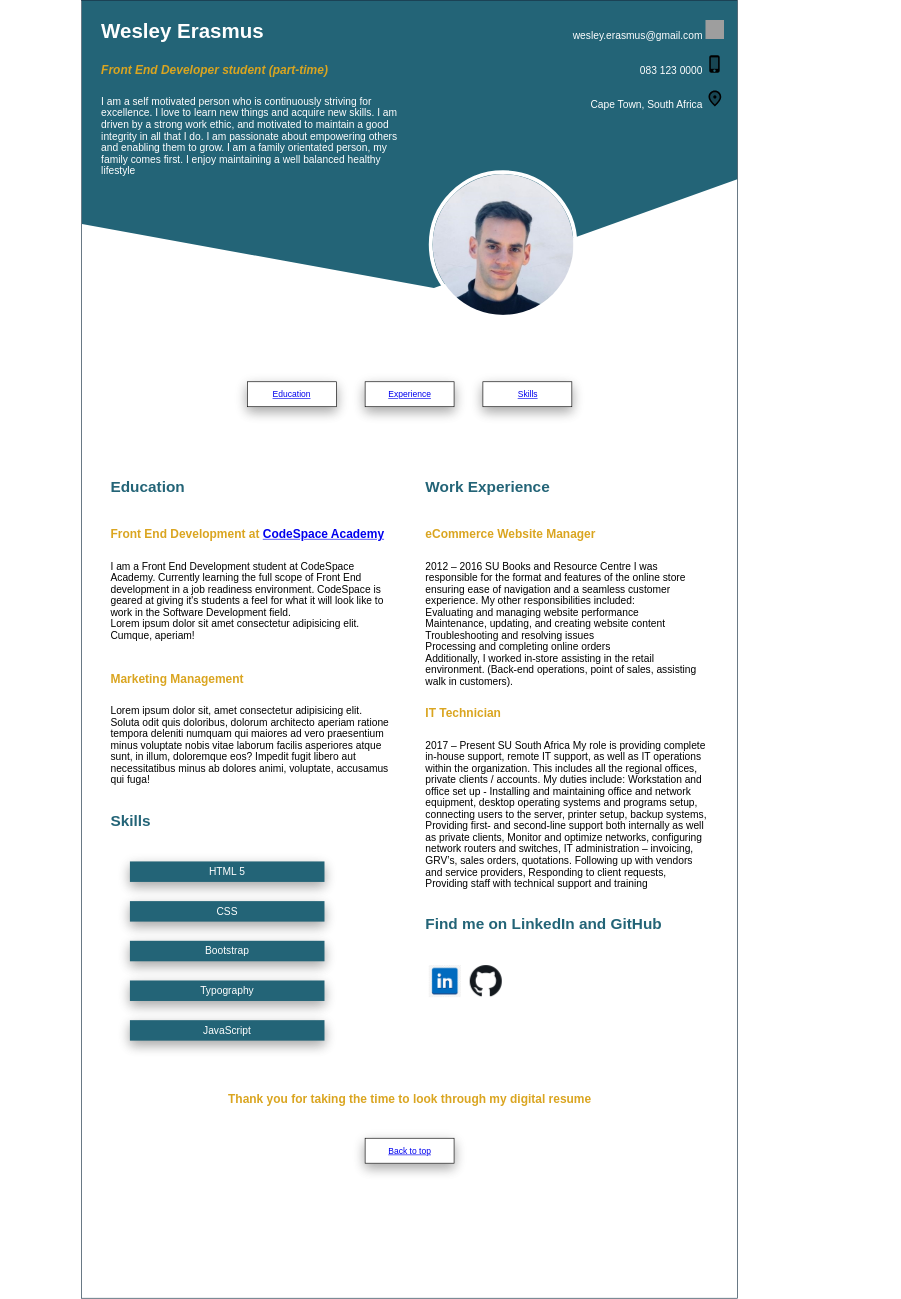
Repository: WesleyErasmus/myDigitalResume
Page: Resume-Projec-3/index.html
The author's editor kept a copy of each file at every save. The page is drawn from the files as they stood at one save, then again after the next save.
The browser window is 1280 px wide. The page is 1408 px wide, so the pictures cover 1408 px, including what lies to the right of the window. The pictures show the whole page, at 64% of full size.
Pictures or frames that could not be fetched are drawn as grey boxes.

Above is the page before, as saved 2022-02-12 21:44:28.

### Resume-Projec-3/index.html
<!DOCTYPE html>
<html lang="en">

<head>
  <meta charset="UTF-8">
  <meta http-equiv="X-UA-Compatible" content="IE=edge">
  <meta name="viewport" content="width=device-width, initial-scale=1.0">
  <title>Hello World</title>
  <link rel="stylesheet" href="styles.css">
</head>

<body>
  <div id="top-of-webpage"></div>
  <header>
    <div class="title">
      <h1>Wesley Erasmus</h1>
      <h3> <em>Front End Developer student (part-time)</em></h3>
        <p>I am a self motivated person who is continuously striving for excellence. I love to learn new things and
          acquire new skills. I am driven by a strong work ethic, and motivated to maintain a good integrity in all that I
          do. I am passionate about empowering others and enabling them to grow. I am a family orientated person, my
          family comes first. I enjoy maintaining a well balanced healthy lifestyle
      </p>
    </div>

       <ul class="contact-details">
          <li>wesley.erasmus@gmail.com <img src="svg/email.svg" alt="Gmail" style="width: 30px; height: 30px;"> </li>
          <li>083 123 0000 <img src="svg/phone.svg" alt="Cell number" style="width: 30px; height: 30px;"> </li>
          <li>Cape Town, South Africa <img src="svg/location2.svg" alt="Location" style="width: 30px; height: 30px;"> </li>
      </ul>
  </header>
        <img id="headshot" src="images/headshot.jpeg" alt="Portrait image of Wesley Erasmus">
    <svg class="svg-top" width="1024px">
        <polygon fill="#236477" points="0,0 1024,0 1024,280 550,450 0,350" />
    </svg>
  <nav>
    <ul class="page-links">
      <li> <button><a href="#Education">Education</a></button></li>
      <li><button><a href="#Experience">Experience</a></button></li>
      <li><button><a href="#Skills">Skills</a></button></li>
    </ul>
  </nav>

  <main>
    <div class="flex-col-1">
      <h2 class="color-headings" id="Education">Education</h2>
      <h3>Front End Development at <a href="https://www.codespace.co.za/" target="_blank">CodeSpace Academy</a> </h3>
          <p>I am a Front End Development student at CodeSpace Academy. Currently learning the full scope of Front End
          development in a job readiness environment. CodeSpace is geared at giving it's students a feel for what it will
          look like to work in the Software Development field.
        </p>
        <p>
          Lorem ipsum dolor sit amet consectetur adipisicing elit. Cumque, aperiam!
        </p>
      <br>
      <h3>Marketing Management</h3>
          <p>Lorem ipsum dolor sit, amet consectetur adipisicing elit. Soluta odit quis doloribus, dolorum architecto
            aperiam ratione tempora deleniti numquam qui maiores ad vero praesentium minus voluptate nobis vitae laborum
            facilis asperiores atque sunt, in illum, doloremque eos? Impedit fugit libero aut necessitatibus minus ab
            dolores animi, voluptate, accusamus qui fuga!
          </p>
      <h2 class="color-headings" id="Skills">Skills</h2>
        <ul class="skills">
          <li>HTML 5</li>
          <li>CSS</li>
          <li>Bootstrap</li>
          <li>Typography</li>
          <li>JavaScript</li>
        </ul>
    </div>

    <div class="flex-col-1">
      <h2 class="color-headings" id="Experience">Work Experience</h2>
      <h3>eCommerce Website Manager</h3>
      <p>2012 – 2016
        SU Books and Resource Centre
        I was responsible for the format and features of the online store ensuring ease of navigation and a seamless
        customer experience. My other responsibilities included:
      </p>
      <ul class="0l">
        <li>Evaluating and managing website performance</li>
        <li>Maintenance, updating, and creating website content</li>
        <li>Troubleshooting and resolving issues </li>
        <li>Processing and completing online orders</li>
      </ul>
          <p>Additionally, I worked in-store assisting in the retail environment. (Back-end operations, point of sales,
          assisting walk in customers).
        </p>
      <h3>IT Technician</h3>
            <p>2017 – Present
              SU South Africa
              My role is providing complete in-house support, remote IT support, as well as IT operations within the
              organization. This includes all the regional offices, private clients / accounts. My duties include: Workstation
              and office set up - Installing and maintaining office and network equipment, desktop operating systems and
              programs setup, connecting users to the server, printer setup, backup systems, Providing first- and second-line
              support both internally as well as private clients, Monitor and optimize networks, configuring network routers
              and switches, IT administration – invoicing, GRV’s, sales orders, quotations. Following up with vendors and
              service providers, Responding to client requests, Providing staff with technical support and training
            </p>
      <h2 class="color-headings">Find me on LinkedIn and GitHub</h2>
          <ul class="git-linkedin-icons">
            <li><a href="https://www.linkedin.com/feed/" target="_blank"><img src="icons/Linkedin-PNG.png"
                  alt="LinkedIn profile" style="width: 50px; height: 50px;"></a></li>
            <li><a href="https://github.com/WesleyErasmus" target="_blank"> <img src="icons/github.svg.png"
                  alt="LinkedIn profile" style="width: 50px; height: 50px;"></a></li>
          </ul>
      </div>
  </main>
  <footer>
    <h3>Thank you for taking the time to look through my digital resume</h3>
    <button class="home-btn"><a href="#top-of-webpage">Back to top</a></button>

    <svg class="svg-bot">
      <polygon fill="#236477" points="2029,2029 1024,2029 1024,280 550,450 0,350" />
    </svg>
  </footer>
</body>

</html>

### Resume-Projec-3/styles.css
* {
  margin: 0;
  padding: 0;
  font-family: sans-serif;
}
body {
  max-width: 1024px;
  height: 100%;
  margin: 0 auto;
  /* background-color: antiquewhite; */
  border: 1px solid #173042;
}
ul {
  list-style-type: none;
}
header {
  display: flex;
  width: 100%;
  color: #fff;
  margin-bottom: 50px;
}
h3 {
  color: goldenrod;
  margin-top: 30px;
  margin-bottom: 30px;
}
.contact-details {
  padding-top: 20px;
  width: 50%;
  text-align: right;
  list-style-type: none;
}
.contact-details li {
  padding: 10px 20px 10px 10px;
  text-align: right;
  list-style-type: none;
}

.title {
  width: 50%;
  padding: 30px;
}
#headshot {
  position: relative;
  float: right;
  right: 250px;
  top: -90px;
  width: 220px;
  height: 220px;
  border-radius: 50%;
  border: 6px solid #fff;
}

.svg-top {
  display: block;
  width: 1024px;
  z-index: -1;
  position: absolute;
  top: 0;
  width: 100%;
  height: 500px;
}
nav {
    padding-top: 30px;
    margin-top: 260px;
}
.page-links li {
  display: inline;
  background-color: #fff;
  margin: 20px;
}
button {
  color: #000;
  background-color: #fff;
  width: 140px;
  height: 40px;
  border: solid 1px black;
  box-shadow: 0 8px 16px 0 rgba(0, 0, 0, 0.2), 0 6px 20px 0 rgba(0, 0, 0, 0.19);
}
button:hover {
  cursor: pointer;
  background-color: whitesmoke;
}
a:visited {
  color: #173042;
}

a:active {
  color: blue;
}
.color-headings {
  color: #236477;
  margin: 40px 0 50px 0;
}
.page-links {
  text-align: center;
}

main {
  margin: 50px 20px 0 20px;
  display: flex;
  flex-direction: row;
}
.flex-col-1,
.flex-col-2 {
  margin: 0 auto;
  text-align: left;
  width: 45%;
  padding: 20px;
}
.skills li {
  width: 290px;
  background-color: #236477;
  padding: 7px;
  margin: 30px;
  text-align: center;
  box-shadow: 0 8px 16px 0 rgba(0, 0, 0, 0.2), 0 6px 20px 0 rgba(0, 0, 0, 0.19);
  color: #fff;
}
.git-linkedin-icons li {
  margin: 5px;
  display: inline;
}
footer {
  padding-bottom: 20px;
  text-align: center;
}
.home-btn{
margin-top: 20px;
    margin-bottom: 40px;
}
.svg-bot {
    display: block;
    width: 1024px;
    z-index: -1;
    position: relative;
    bottom: 0px;

}

After the next save:
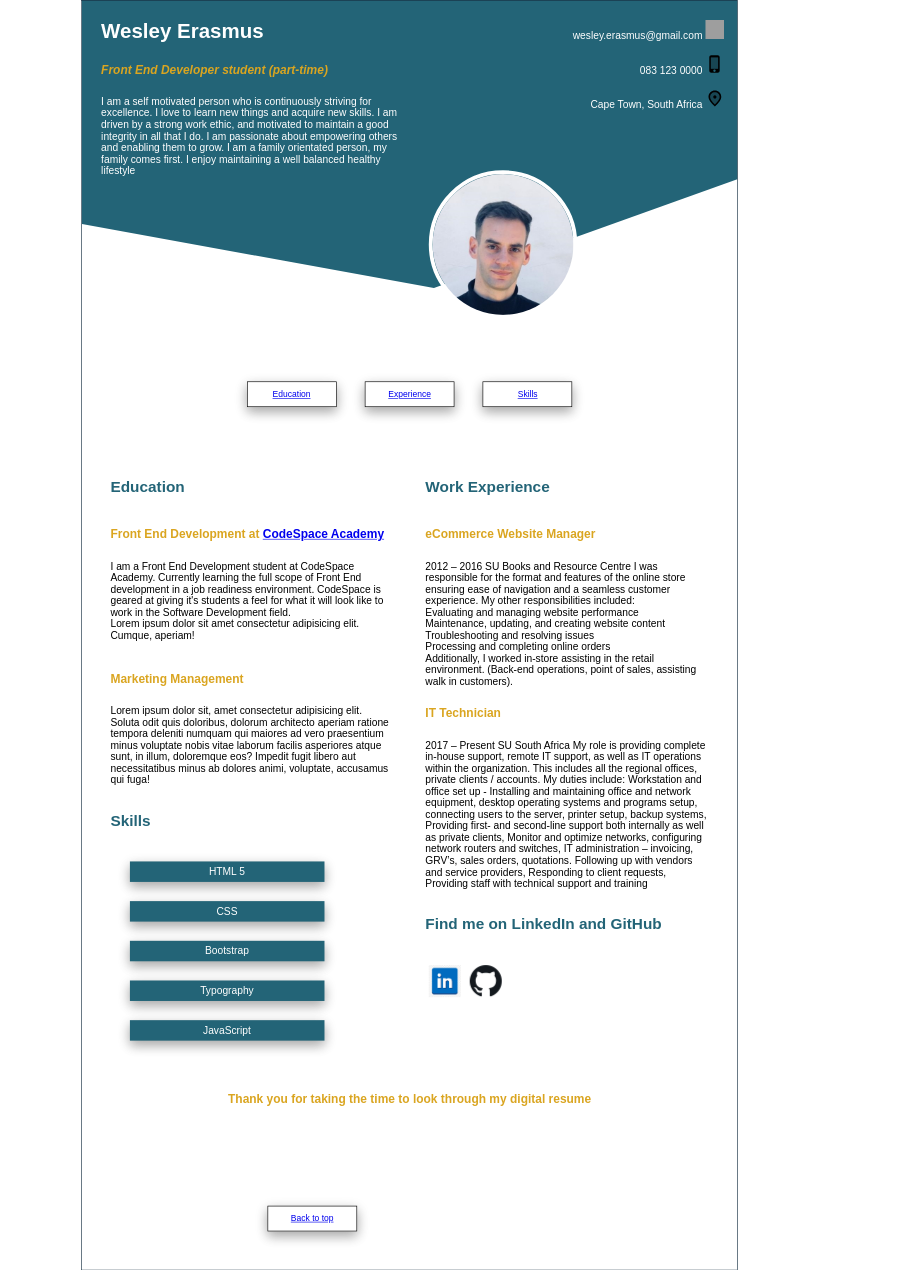
Saved 19 s later.
--- a/Resume-Projec-3/styles.css
+++ b/Resume-Projec-3/styles.css
@@ -129,11 +129,3 @@ footer {
 margin-top: 20px;
     margin-bottom: 40px;
 }
-.svg-bot {
-    display: block;
-    width: 1024px;
-    z-index: -1;
-    position: relative;
-    bottom: 0px;
-
-}
